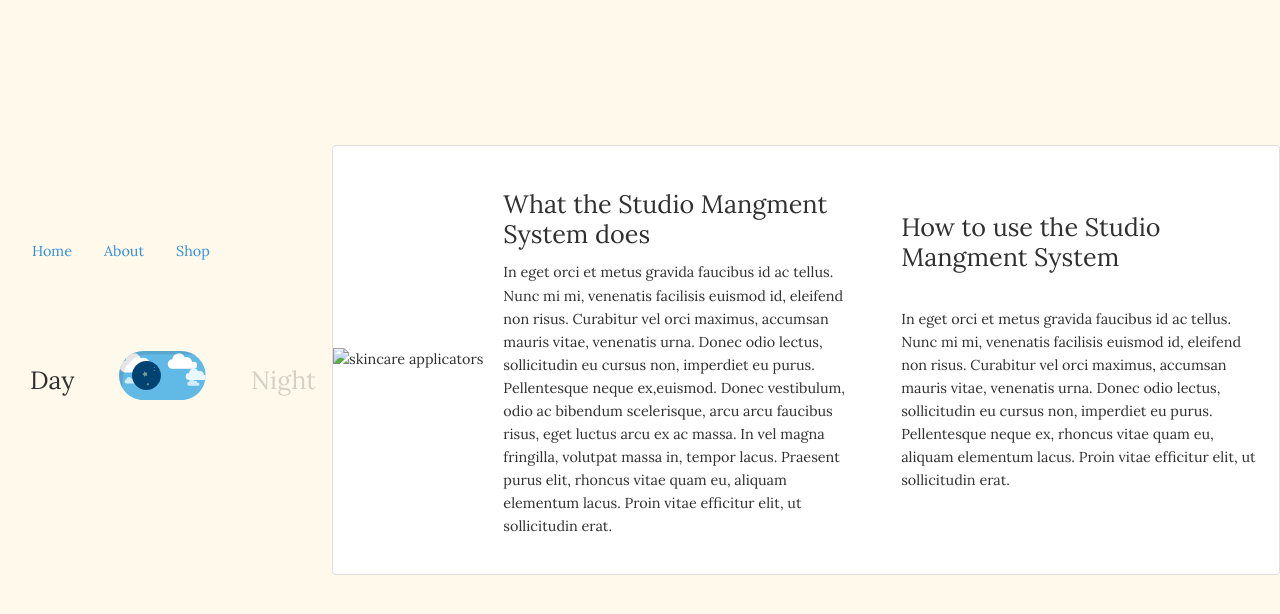
Repository: littae2/simplicite
Page: http://localhost/shop
The author's editor kept a copy of each file at every save. The page is drawn from the files as they stood at one save, then again after a run of saves.
The browser window is 1280 px wide. The pictures show the whole page.
Some web libraries are served in a nearby version. The page is served by the project's Laravel application, run on PHP 8.4 with Laravel 8. Other server files are loaded and not shown.

Above is the page before, as saved 2021-08-13 15:30:21.
Console error: ReferenceError: gsap is not defined

### Project/routes/web.php
<?php

use Illuminate\Support\Facades\Route;

/*
|--------------------------------------------------------------------------
| Web Routes
|--------------------------------------------------------------------------
|
| Here is where you can register web routes for your application. These
| routes are loaded by the RouteServiceProvider within a group which
| contains the "web" middleware group. Now create something great!
|
*/

Route::get('/', function () {
    return view('home.index');
});

Route::get('/about', function () {
    return view('about.index');
});
Route::get('/shop', function () {
    return view('shop.index');
});

### Project/resources/views/shop/index.blade.php
@extends('layouts.layout')
@section('title', 'Welcome')
@section('content')
<div class="pageContent">

<!-- @if(Auth::check())
<div> you are logged in </div>
@else
<div> please login</div>
@endif -->

  <div class="card d-flex flex-row justify-content-between align-items-center w-90 home">
  <img src="{{url('img/product2.jpg')}}" alt="skincare applicators" class="headerImg">
    <div class="card-body w-25 ">

      <br>
      <h3 class="card-title">What the Studio Mangment System does</h3>

      <p>In eget orci et metus gravida faucibus id ac tellus. Nunc mi mi, venenatis facilisis euismod id, eleifend non risus.
        Curabitur vel orci maximus, accumsan mauris vitae, venenatis urna. Donec odio lectus, sollicitudin eu cursus non, imperdiet eu purus.
        Pellentesque neque ex,euismod. Donec vestibulum, odio ac bibendum scelerisque, arcu arcu faucibus risus, eget luctus arcu ex ac massa. In vel magna fringilla, volutpat massa in, tempor lacus.
        Praesent purus elit, rhoncus vitae quam eu, aliquam elementum lacus. Proin vitae efficitur elit, ut sollicitudin erat.</p>

    </div>
    <div class=" card-body w-25">

      <h3 class="card-title">How to use the Studio Mangment System</h3>
      <br>
      <p>In eget orci et metus gravida faucibus id ac tellus. Nunc mi mi, venenatis facilisis euismod id, eleifend non risus.
        Curabitur vel orci maximus, accumsan mauris vitae, venenatis urna. Donec odio lectus, sollicitudin eu cursus non, imperdiet eu purus.
        Pellentesque neque ex, rhoncus vitae quam eu, aliquam elementum lacus. Proin vitae efficitur elit, ut sollicitudin erat.</p>

    </div>

  </div>
</div>
@endsection

### Project/resources/views/layouts/layout.blade.php
<!--This is the Main layout page-->
<!DOCTYPE html>
<html lang="en">
<head>
    <meta charset="UTF-8">
        <!-- CSRF Token -->
    <meta name="csrf-token" content="mlxnBRgEB1AbPWkhP1fOm5sUhDzONcfLGmqMOlHY">
    <meta name="viewport" content="width=device-width, initial-scale=1.0">

    <script src="https://kit.fontawesome.com/b07d89ef49.js" crossorigin="anonymous"></script>

    <!--  JQUEURY-->
    <script src="https://code.jquery.com/jquery-3.1.0.min.js"></script>

    <!--  BS -->
    <link rel="stylesheet" href="{{asset('css/simplicite.css')}}">
    <link rel="stylesheet" href="{{asset('css/app.css')}}">

    <!--JS -->




</head>
<body>

  @include('layouts.navbar')

<!-- Fonts -->
<link href="https://fonts.googleapis.com/css?family=Nunito:200,600" rel="stylesheet">

@yield('content')
</body>
</html>

### Project/resources/views/layouts/navbar.blade.php
<!-- <div class= "nav">
      <a class="nav-link" href="{{url('/welcome')}}">Home</a>
      <a class="nav-link" href="{{url('/view-cohorts')}}">Cohort</a>
      <a class="nav-link" href="{{url('/students')}}">Students</a>
      <a class="nav-link" href="{{url('/upload')}}">Upload</a>
      <a class="nav-link" href="{{url('/enrolment')}}">Enrollment</a>
</div> -->
<script src="https://code.jquery.com/jquery-3.2.1.slim.min.js" integrity="sha384-KJ3o2DKtIkvYIK3UENzmM7KCkRr/rE9/Qpg6aAZGJwFDMVNA/GpGFF93hXpG5KkN" crossorigin="anonymous"></script>
<script src="https://cdnjs.cloudflare.com/ajax/libs/popper.js/1.12.9/umd/popper.min.js" integrity="sha384-ApNbgh9B+Y1QKtv3Rn7W3mgPxhU9K/ScQsAP7hUibX39j7fakFPskvXusvfa0b4Q" crossorigin="anonymous"></script>
<script src="https://maxcdn.bootstrapcdn.com/bootstrap/4.0.0/js/bootstrap.min.js" integrity="sha384-JZR6Spejh4U02d8jOt6vLEHfe/JQGiRRSQQxSfFWpi1MquVdAyjUar5+76PVCmYl" crossorigin="anonymous"></script>


<div class="nav">
  <div class="col-md-12 school-options-dropdown text-center nav-link">

    <div class="nav">
      <a class="nav-link" href="{{url('/')}}">Home</a>
      <a class="nav-link" href="{{url('/about')}}">About</a>
      <a class="nav-link" href="{{url('/shop')}}">Shop</a>
<a>@include('inc.daynight')</a>


    </div>
  </div>
</div>
</div>

### Project/resources/views/inc/daynight.blade.php

<div class="layout">
    <div class="day-label">Day</div>

    <label class="container">
        <input id="input" type="checkbox" checked="checked">
        <span class="checkmark">


            <svg id="toggle" xmlns="http://www.w3.org/2000/svg" viewBox="0 0 60 34" width="60" height="34">
                <defs>


                    <clipPath id="container">
                        <rect width="60" height="34" rx="17" />
                    </clipPath>
                    <g id="day">
                        <rect x="0" width="60" height="34" style="fill: #61b9e5" />
                        <g id="day-content">
                            <g class="clouds-small">
                                <path d="M13.35,22.45a1,1,0,0,0-.44.1A1.62,1.62,0,0,0,11.29,21a1.67,1.67,0,0,0-.59.11,1.84,1.84,0,0,0-3.55.61h0a1.38,1.38,0,0,0,0,2.75h6.21a1,1,0,1,0,0-2Z" transform="translate(-2 -2)" style="fill: #d0edff" />
                                <path d="M27.38,23.72a1.05,1.05,0,0,0-.44.1,1.63,1.63,0,0,0-2.21-1.41,1.84,1.84,0,0,0-3.56.61h0a1.38,1.38,0,1,0,0,2.75h6.21a1,1,0,0,0,0-2.05Z" transform="translate(-2 -2)" style="fill: #d0edff" />
                                <path d="M56.7,24a1,1,0,0,0-.44.1,1.63,1.63,0,0,0-2.21-1.42,1.85,1.85,0,0,0-3.56.61h0a1.38,1.38,0,0,0,0,2.75H56.7a1,1,0,0,0,0-2Z" transform="translate(-2 -2)" style="fill: #d0edff" />
                                <path d="M84.35,22.45a1,1,0,0,0-.44.1A1.62,1.62,0,0,0,82.29,21a1.67,1.67,0,0,0-.59.11,1.84,1.84,0,0,0-3.55.61h0a1.38,1.38,0,0,0,0,2.75h6.21a1,1,0,1,0,0-2Z" transform="translate(-2 -2)" style="fill: #d0edff" />
                                <path d="M98.38,23.72a1.05,1.05,0,0,0-.44.1,1.63,1.63,0,0,0-2.21-1.41,1.84,1.84,0,0,0-3.56.61h0a1.38,1.38,0,1,0,0,2.75h6.21a1,1,0,0,0,0-2.05Z" transform="translate(-2 -2)" style="fill: #d0edff" />
                                <path d="M127.7,24a1,1,0,0,0-.44.1,1.63,1.63,0,0,0-2.21-1.42,1.85,1.85,0,0,0-3.56.61h0a1.38,1.38,0,0,0,0,2.75h6.21a1,1,0,0,0,0-2Z" transform="translate(-2 -2)" style="fill: #d0edff" />
                            </g>
                            <g class="clouds-medium">
                                <path d="M61.44,18.4a1.85,1.85,0,0,0-.77.18,2.85,2.85,0,0,0-2.85-2.68,3,3,0,0,0-1,.19,3.25,3.25,0,0,0-6.26,1.07h0a2.42,2.42,0,0,0,0,4.84H61.44a1.8,1.8,0,1,0,0-3.6Z" transform="translate(-2 -2)" style="fill: #e9f8ff" />
                                <path d="M26,17.07a1.84,1.84,0,0,0-.77.17,2.86,2.86,0,0,0-2.85-2.68,2.75,2.75,0,0,0-1,.2,3.24,3.24,0,0,0-6.26,1.07h0a2.42,2.42,0,1,0,0,4.84H26a1.8,1.8,0,0,0,0-3.6Z" transform="translate(-2 -2)" style="fill: #e9f8ff" />
                                <path d="M126.44,18.4a1.85,1.85,0,0,0-.77.18,2.85,2.85,0,0,0-2.85-2.68,3,3,0,0,0-1,.19,3.25,3.25,0,0,0-6.26,1.07h0a2.42,2.42,0,0,0,0,4.84h10.92a1.8,1.8,0,1,0,0-3.6Z" transform="translate(-2 -2)" style="fill: #e9f8ff" />
                                <path d="M91,17.07a1.84,1.84,0,0,0-.77.17,2.86,2.86,0,0,0-2.85-2.68,2.75,2.75,0,0,0-1,.2,3.24,3.24,0,0,0-6.26,1.07h0a2.42,2.42,0,0,0,0,4.84H91a1.8,1.8,0,0,0,0-3.6Z" transform="translate(-2 -2)" style="fill: #e9f8ff" />
                            </g>
                            <g class="clouds-big">
                                <path d="M24.82,10.83a3.09,3.09,0,0,0-1.29.29A4.78,4.78,0,0,0,17,7,5.43,5.43,0,0,0,6.54,8.76h0a4,4,0,1,0,0,8.09H24.82a3,3,0,0,0,0-6Z" transform="translate(-2 -2)" style="fill: #fff" />
                                <path d="M53.6,9.45a2.37,2.37,0,0,0-1,.24,3.86,3.86,0,0,0-3.84-3.61,4.09,4.09,0,0,0-1.4.26,4.36,4.36,0,0,0-8.41,1.45h0a3.25,3.25,0,0,0,0,6.5H53.6a2.42,2.42,0,1,0,0-4.84Z" transform="translate(-2 -2)" style="fill: #fff" />
                                <path d="M98.72,10.83a3.09,3.09,0,0,0-1.29.29A4.78,4.78,0,0,0,90.91,7a5.43,5.43,0,0,0-10.47,1.8h0a4,4,0,1,0,0,8.09H98.72a3,3,0,1,0,0-6Z" transform="translate(-2 -2)" style="fill: #fff" />
                                <path d="M127.5,9.45a2.41,2.41,0,0,0-1,.24,3.85,3.85,0,0,0-3.84-3.61,4.09,4.09,0,0,0-1.4.26,4.36,4.36,0,0,0-8.41,1.45h0a3.25,3.25,0,0,0,0,6.5h14.7a2.42,2.42,0,0,0,0-4.84Z" transform="translate(-2 -2)" style="fill: #fff" />
                            </g>

                        </g>
                    </g>
                    <g id="night">
                        <rect width="60" height="34" style="fill: #004373" />

                        <g id="night-content">
                            <polygon class="star" points="46 4.89 46.62 6.14 48.01 6.35 47.01 7.33 47.24 8.71 46 8.06 44.76 8.71 44.99 7.33 43.99 6.35 45.38 6.14 46 4.89" style="fill: #fff5a6" />
                            <polygon class="star" points="58.58 21.93 59.46 23.02 60.86 22.91 60.1 24.09 60.63 25.39 59.28 25.02 58.21 25.94 58.14 24.54 56.94 23.8 58.25 23.3 58.58 21.93" style="fill: #fff5a6" />
                            <polygon class="star" points="40.71 12.02 40.82 13.42 42.03 14.13 40.74 14.66 40.44 16.04 39.53 14.97 38.13 15.11 38.87 13.91 38.3 12.63 39.67 12.96 40.71 12.02" style="fill: #fff5a6" />
                            <polygon class="star" points="5 16.89 5.62 18.14 7.01 18.35 6 19.33 6.24 20.71 5 20.06 3.76 20.71 4 19.33 2.99 18.35 4.38 18.14 5 16.89" style="fill: #fff5a6" />
                            <polygon class="star" points="60.57 6.97 60.79 8.36 62.05 8.97 60.8 9.6 60.61 10.99 59.62 10 58.24 10.25 58.88 9 58.22 7.76 59.6 7.99 60.57 6.97" style="fill: #fff5a6" />
                            <polygon class="star" points="30.91 26.12 30.86 27.52 31.98 28.36 30.63 28.74 30.18 30.07 29.4 28.91 28 28.89 28.86 27.78 28.45 26.44 29.77 26.93 30.91 26.12" style="fill: #fff5a6" />
                            <polygon class="star" points="17.52 13.95 18.44 15.01 19.83 14.86 19.11 16.06 19.68 17.34 18.32 17.02 17.28 17.96 17.16 16.56 15.94 15.87 17.23 15.32 17.52 13.95" style="fill: #fff5a6" />
                            <polygon class="star" points="60.53 16.01 61.11 16.41 61.76 16.15 61.56 16.83 62 17.37 61.3 17.39 60.92 17.98 60.69 17.32 60.01 17.14 60.56 16.71 60.53 16.01" style="fill: #fff5a6" />
                            <polygon class="star" points="41.99 21.89 42.31 22.52 43 22.62 42.5 23.11 42.62 23.8 41.99 23.47 41.37 23.8 41.49 23.11 40.99 22.62 41.69 22.52 41.99 21.89" style="fill: #fff5a6" />
                            <polygon class="star" points="63.47 26.02 63.43 26.72 63.98 27.15 63.3 27.32 63.05 27.98 62.68 27.39 61.98 27.36 62.43 26.82 62.24 26.14 62.89 26.4 63.47 26.02" style="fill: #fff5a6" />
                            <polygon class="star" points="36.99 9.89 37.31 10.52 38 10.62 37.5 11.11 37.62 11.8 36.99 11.47 36.37 11.8 36.49 11.11 35.99 10.62 36.69 10.52 36.99 9.89" style="fill: #fff5a6" />
                            <polygon class="star" points="28.5 4.89 28.65 5.2 29 5.25 28.75 5.5 28.81 5.85 28.5 5.68 28.18 5.85 28.24 5.5 27.99 5.25 28.34 5.2 28.5 4.89" style="fill: #fff5a6" />
                            <polygon class="star" points="28.5 12.89 28.65 13.2 29 13.25 28.75 13.5 28.81 13.85 28.5 13.68 28.18 13.85 28.24 13.5 27.99 13.25 28.34 13.2 28.5 12.89" style="fill: #fff5a6" />
                            <polygon class="star" points="47.75 22.96 47.72 23.31 47.98 23.54 47.64 23.61 47.5 23.94 47.32 23.63 46.97 23.6 47.21 23.34 47.13 23 47.45 23.14 47.75 22.96" style="fill: #fff5a6" />
                            <polygon class="star" points="51.75 31.96 51.72 32.31 51.98 32.54 51.64 32.62 51.5 32.94 51.32 32.63 50.97 32.6 51.21 32.34 51.13 32 51.45 32.15 51.75 31.96" style="fill: #fff5a6" />
                            <polygon class="star" points="44.69 29.93 44.7 30.28 45 30.47 44.67 30.59 44.58 30.93 44.37 30.66 44.01 30.68 44.21 30.38 44.08 30.06 44.42 30.15 44.69 29.93" style="fill: #fff5a6" />
                            <polygon class="star" points="24.32 10.92 24.58 11.16 24.92 11.07 24.78 11.4 24.96 11.7 24.61 11.66 24.39 11.93 24.31 11.58 23.98 11.45 24.29 11.27 24.32 10.92" style="fill: #fff5a6" />
                            <polygon class="star" points="24.94 13.18 24.71 13.45 24.79 13.79 24.47 13.65 24.17 13.84 24.2 13.49 23.93 13.26 24.27 13.19 24.41 12.86 24.59 13.16 24.94 13.18" style="fill: #fff5a6" />
                            <polygon class="star" points="32 19.89 32.31 20.52 33 20.62 32.5 21.11 32.62 21.8 32 21.47 31.37 21.8 31.49 21.11 30.99 20.62 31.68 20.52 32 19.89" style="fill: #fff5a6" />
                            <polygon class="star" points="19.61 21.97 20.15 22.42 20.82 22.23 20.56 22.88 20.95 23.46 20.25 23.42 19.82 23.97 19.64 23.29 18.98 23.04 19.58 22.67 19.61 21.97" style="fill: #fff5a6" />
                            <polygon class="star" points="9.51 8.04 9.43 8.74 9.96 9.2 9.28 9.34 9 9.98 8.65 9.37 7.96 9.31 8.43 8.79 8.27 8.11 8.91 8.4 9.51 8.04" style="fill: #fff5a6" />
                        </g>
                    </g>
                    <clipPath id="switch">
                        <circle id="circle" cx="19" cy="17" r="10" />
                    </clipPath>
                </defs>

                <g clip-path="url(#container)">
                    <use id="back" href="#day" />
                    <g clip-path="url(#switch)">
                        <use id="front" href="#night" />
                    </g>
                    <rect class="inner-shadow" width="70" height="44" rx="20" />
                </g>

                <rect width="60" height="44" rx="17" opacity="0" />

            </svg>
        </span>
    </label>
    <div class="night-label">Night</div>
</div>
<script>
    console.clear();

    let duration = 0.4;
    let isDay = true;


    let back = document.getElementById('back');
    let front = document.getElementById('front');

    let switchTime = () => {

        back.setAttribute('href', '#' + (isDay ? 'day' : 'night'));
        front.setAttribute('href', '#' + (isDay ? 'night' : 'day'));
    }
    let scale = 30;
    let toNightAnimation = gsap.timeline();

    toNightAnimation
        .to('#night-content', {
            duration: duration * 0.5,
            opacity: 1,
            ease: 'power2.inOut',
            x: 0
        })
        .to('#circle', {
            duration: duration,
            ease: 'power4.in',
            scaleX: scale,
            scaleY: scale,
            x: 1,
            transformOrigin: '100% 50%',
        }, 0)
        .to('.day-label', {
            duration: duration * 2,
            ease: 'power2.inOut',
            opacity: 0.2
        }, 0)
        .to('.night-label', {
            duration: duration * 2,
            ease: 'power2.inOut',
            opacity: 1
        }, 0)
        .set('#circle', {
            // transformOrigin: '0% 50%',
            scaleX: -scale,
            // x: 8.5,
            onUpdate: () => switchTime()
        }, duration).to('#circle', {
            duration: duration,
            ease: 'power4.out',
            scaleX: -1,
            scaleY: 1,
            x: 2,
        }, duration)
        .to('#day-content', {
            duration: duration * 0.5,
            opacity: 0.5
        }, duration * 1.5)
        .to('body', {
            backgroundColor: '#b0b0b9',
            color: 'black',
            duration: duration * 2
        }, 0)

    let stars = Array.from(document.getElementsByClassName('star'));
    stars.map(star => gsap.to(star, {
        duration: 'random(0.4, 1.5)',
        repeat: -1,
        yoyo: true,
        opacity: 'random(0.2, 0.5)'
    }))
    gsap.to('.clouds-big', {
        duration: 15,
        repeat: -1,
        x: -74,
        ease: 'linear'
    })
    gsap.to('.clouds-medium', {
        duration: 20,
        repeat: -1,
        x: -65,
        ease: 'linear'
    })
    gsap.to('.clouds-small', {
        duration: 25,
        repeat: -1,
        x: -71,
        ease: 'linear'
    })

    let switchToggle = document.getElementById('input');
    switchToggle.addEventListener('change', () => toggle())

    let toggle = () => {
        isDay = switchToggle.checked == true;
        if (isDay) {
            toNightAnimation.reverse();
        } else {
            toNightAnimation.play();
        }
    }



    if (CodePen.isThumbnail) toggle();

    toNightAnimation.reverse();
    toNightAnimation.pause();
</script>
<style>
    @import url('https://fonts.googleapis.com/css?family=Lora&display=swap');

    body,
    html {
        margin: 0;
        padding: 0;
        width: 100%;
        height: 100%;
        overflow: hidden;
        font-family: 'Lora', serif;
        color: #303030;
    }

    .night-label {
        opacity: 0.2;
    }

    body {
        display: flex;
        align-items: center;
        justify-content: center;
        background-color: #FEF9EA;
    }

    .layout {
        width: 70vw;
        max-width: 300px;
        min-width: 250px;
        height: 30vh;
        display: grid;
        grid-template-columns: 1fr 2fr 1fr;
        justify-content: center;
        align-items: center;
        gap: 30px;
        font-size: 25px;
    }

    .layout:nth-child(1) {
        text-align: right;
    }

    svg {
        width: 100%;
        height: 100%;
        cursor: pointer;
    }

    #night-content {
        opacity: 0.5;
    }

    .inner-shadow {
        stroke-opacity: 0.1;
        stroke-width: 5;
        stroke: black;
        fill: none;
    }

    .container input {
        position: absolute;
        opacity: 0;
        cursor: pointer;
        height: 0;
        width: 0;
    }
</style>

### Project/public/css/simplicite.css

@keyframes example {
    from {opacity: 100%;}
    to {opacity:0%;}
  }

.headerImg {
    width: -moz-available;
    background-position-y: 80%;
    display: flex;
    background-size: cover; /* or contain depending on what you want */
    background-repeat: no-repeat;
    text-align: center;
    margin: auto;
    padding: 0;
}
.headerImg:scroll{
    animation-name: example;
    animation-duration: 4s;
}

Loaded but not shown: Project/public/css/app.css (library)

After the next 2 saves:
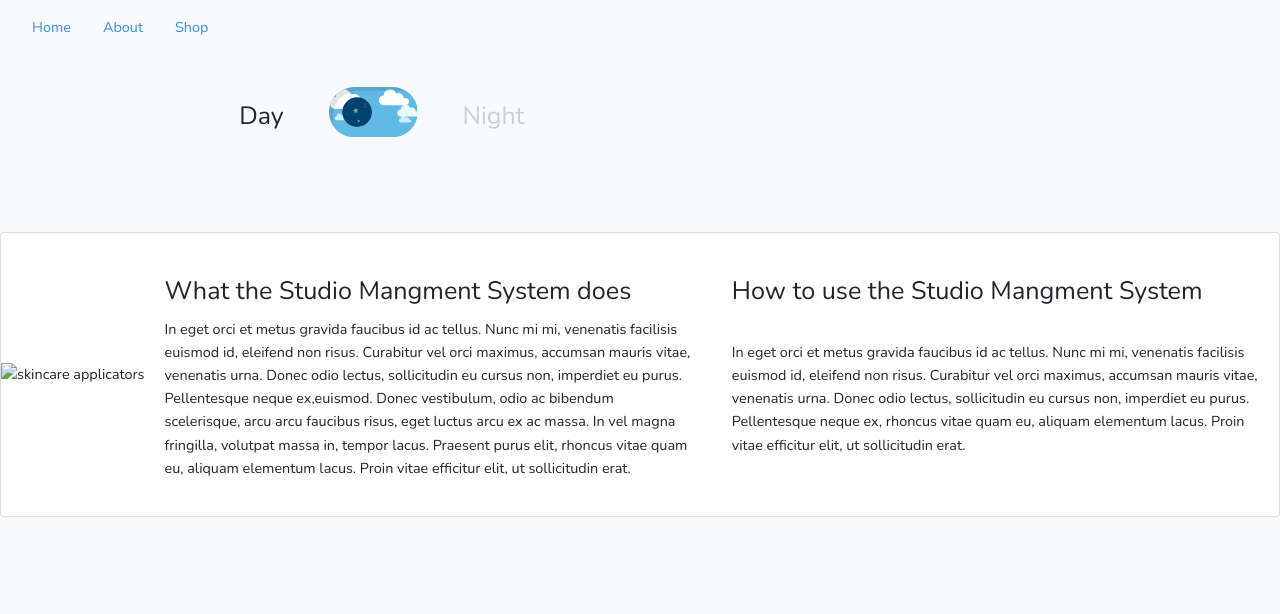
The 2 saves are shown as one change because they came seconds apart.
The last was saved 45 s later.
--- a/Project/resources/views/inc/daynight.blade.php
+++ b/Project/resources/views/inc/daynight.blade.php
@@ -200,27 +200,12 @@
 <style>
     @import url('https://fonts.googleapis.com/css?family=Lora&display=swap');
 
-    body,
-    html {
-        margin: 0;
-        padding: 0;
-        width: 100%;
-        height: 100%;
-        overflow: hidden;
-        font-family: 'Lora', serif;
-        color: #303030;
-    }
 
     .night-label {
         opacity: 0.2;
     }
 
-    body {
-        display: flex;
-        align-items: center;
-        justify-content: center;
-        background-color: #FEF9EA;
-    }
+
 
     .layout {
         width: 70vw;
